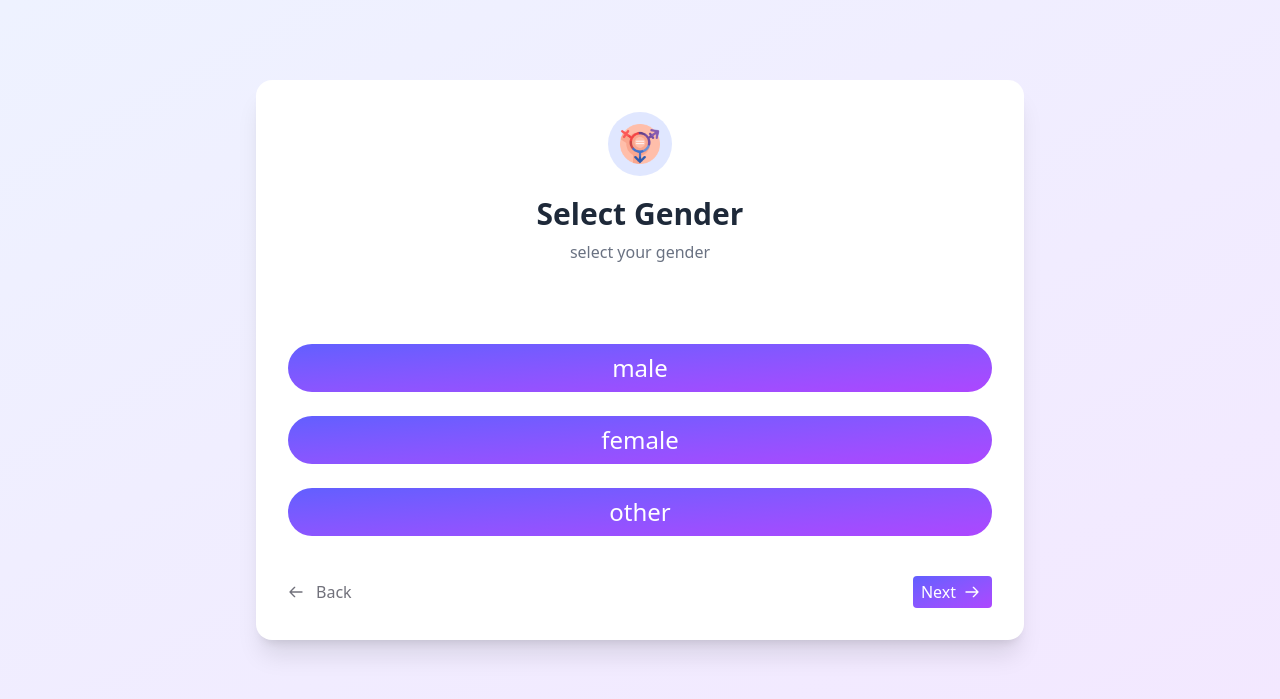
Repository: aryan151pratap/FitPanda
Page: / (app in frontened/)
These files come from the project's save history. The page is drawn as it stood at one moment and after the next save; the edit follows.
The browser window is 1280 px wide. The pictures show the whole page.
The project was rebuilt for these pictures with package versions that can differ from the ones it lists, and the page was loaded fresh each time. Also part of the build but not shown: frontened/vite.config.js, frontened/src/App.css, frontened/src/components/page_1.jsx, frontened/src/login/login.jsx, frontened/src/login/sign_up.jsx, frontened/src/login/otp.jsx, frontened/src/notification/notify.jsx.

Above is the page before, as saved 2025-06-04 23:17:23.

### frontened/src/App.jsx
import { useState } from 'react'
import './App.css'
import Page_1 from './components/page_1';
import Sign_up from './login/sign_up';
import Otp from './login/otp';
import Notify from './notification/notify';
import Gender from './about_user/gender';

function App() {
	const [otp, setOtp] = useState(true);

  const [data, setData] = useState({});
  const [login, setLogin] = useState(true);

  const [notification, setNotification] = useState('');


  return (
    <>
    <div className=''>
      {!login ?
        <div>
        {otp ?
        <Sign_up setOtp={setOtp} setEmail={setData} setNotification={setNotification}/>
        :
        <Otp setOtp={setOtp} data={data} setNotification={setNotification}/>
        }
        </div>
        :
        <div>
          {/* <Page_1/> */}
          <Gender/>
        </div>
      }

      <div>
        {notification.length > 0 &&
          <Notify notification={notification} setNotification={setNotification}/>
        }
      </div>
    </div>
    </>
  )
}

export default App

### frontened/src/about_user/gender.jsx
import { useState } from "react";
import gender_img from '../image/gender.png';

function Gender(){
	const [gender, setGender] = useState('');
	const gen = ['male', 'female', 'other'];

	return(
		<>
		<div className="min-h-screen bg-gradient-to-br from-indigo-50 to-purple-100 flex items-center justify-center p-4">
			<div className="w-full sm:max-w-xl md:max-w-3xl">
				<div className="bg-white rounded-2xl shadow-xl overflow-hidden p-8">
					<div className="text-center mb-15">
						<div className="mx-auto flex items-center justify-center w-16 h-16 bg-indigo-100 rounded-full mb-5">
						{gender === "male" ?
							<svg xmlns="http://www.w3.org/2000/svg" className="h-8 w-8 text-blue-600" fill="none" viewBox="0 0 24 24" stroke="currentColor">
								<path strokeLinecap="round" strokeLinejoin="round" strokeWidth={2} d="M13 7h4a1 1 0 011 1v4m-7 7a5 5 0 100-10 5 5 0 000 10zm6-10l-5 5" />
							</svg>
							: gender === 'female' ?
							<svg xmlns="http://www.w3.org/2000/svg" className="h-8 w-8 text-pink-600" fill="none" viewBox="0 0 24 24" stroke="currentColor">
								<path strokeLinecap="round" strokeLinejoin="round" strokeWidth={2} d="M12 14v7m0 0h3m-3 0H9m3-7a5 5 0 100-10 5 5 0 000 10z" />
							</svg>
							: gender === 'other' ?
							<svg xmlns="http://www.w3.org/2000/svg" className="h-8 w-8 text-purple-600" fill="none" viewBox="0 0 24 24" stroke="currentColor">
								<path strokeLinecap="round" strokeLinejoin="round" strokeWidth={2} d="M12 3v3m0 0a5 5 0 110 10m0-10a5 5 0 100 10m0 0v4m-3 0h6" />
							</svg>
							:
							<div>
								<img src={gender_img} alt="" className="h-10 w-10"/>
							</div>
						}
						</div>
						<h2 className="text-3xl font-bold text-gray-800">Select Gender</h2>
						<p className="text-gray-500 mt-2">
							select your gender
							<span className="block font-medium text-indigo-600"></span>
						</p>
					</div>

					<div className="flex flex-col justify-between">
						<div className="flex flex-col gap-6 mt-5">
						{gen.map((i, index) => (
							<div key={index}>
								<button className="w-full p-2 text-white text-2xl rounded-full bg-gradient-to-br from-indigo-500 to-purple-500 cursor-pointer transition hover:px-4">
									{i}
								</button>
							</div>
						))}
						</div>
					</div>

					<div className="mt-10 flex justify-between">
						<button className="text-zinc-500 flex items-center gap-2 hover:text-zinc-700 cursor-pointer">
							<svg xmlns="http://www.w3.org/2000/svg" className="h-4 w-4 mr-1" fill="none" viewBox="0 0 24 24" stroke="currentColor">
							<path strokeLinecap="round" strokeLinejoin="round" strokeWidth={2} d="M10 19l-7-7m0 0l7-7m-7 7h18" />
							</svg>
							<span className="">Back</span>
						</button>
						<button className="text-white px-2 py-1 rounded-sm bg-gradient-to-br from-indigo-500 to-purple-500 flex gap-2 items-center">
							<span>Next</span>
							<svg xmlns="http://www.w3.org/2000/svg" className="h-4 w-4 mr-1" fill="none" viewBox="0 0 24 24" stroke="currentColor">
								<path strokeLinecap="round" strokeLinejoin="round" strokeWidth={2} d="M14 5l7 7m0 0l-7 7m7-7H3" />
							</svg>
						</button>
					</div>
				</div>
			</div>
		</div>

		</>
	)
}

export default Gender;

Loaded but not shown: frontened/index.html (common file); frontened/src/main.jsx (common file)

After the next save:
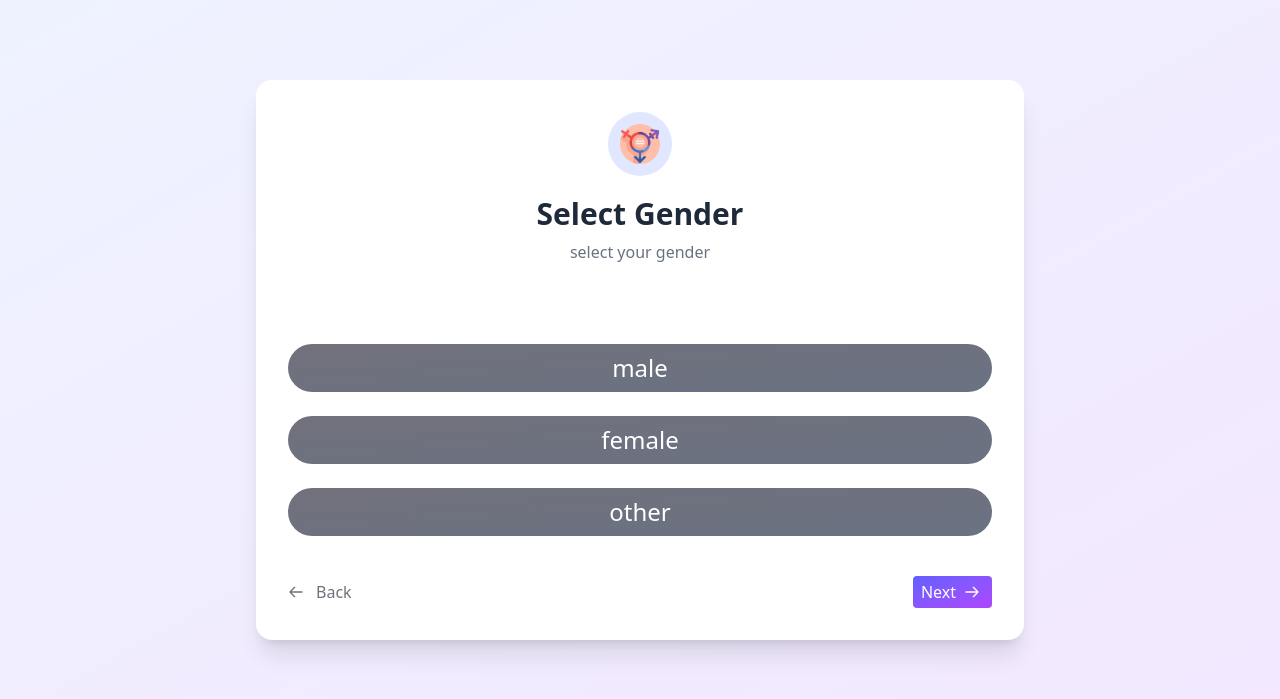
Saved 52 s later.
--- a/frontened/src/about_user/gender.jsx
+++ b/frontened/src/about_user/gender.jsx
@@ -41,11 +41,14 @@ function Gender(){
 						<div className="flex flex-col gap-6 mt-5">
 						{gen.map((i, index) => (
 							<div key={index}>
-								<button className="w-full p-2 text-white text-2xl rounded-full bg-gradient-to-br from-indigo-500 to-purple-500 cursor-pointer transition hover:px-4">
+								<button className="w-full p-2 text-white text-2xl rounded-full bg-gradient-to-br from-zinc-500 to-gray-500 cursor-pointer transition hover:px-4">
 									{i}
 								</button>
 							</div>
 						))}
+						</div>
+						<div>
+
 						</div>
 					</div>
 
